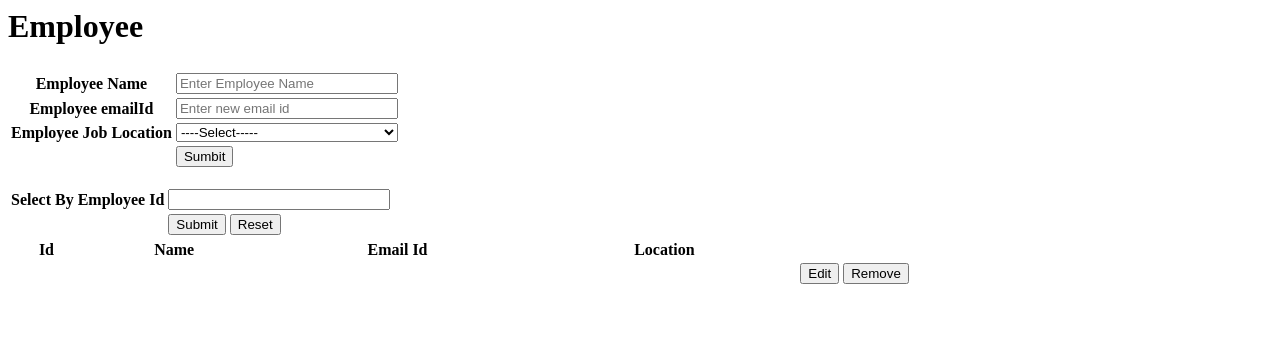
Repository: Dipak27/Dipak-s-front-end
Page: http://localhost/Traning_Management/employeecreate.jsp
These files come from the project's save history. The page is drawn as it stood at one moment and after the next save; the edit follows.
The browser window is 1280 px wide. The pictures show the whole page.
The page is served by Tomcat 9.

Above is the page before, as saved 2016-11-10 09:12:45.

After the next save:
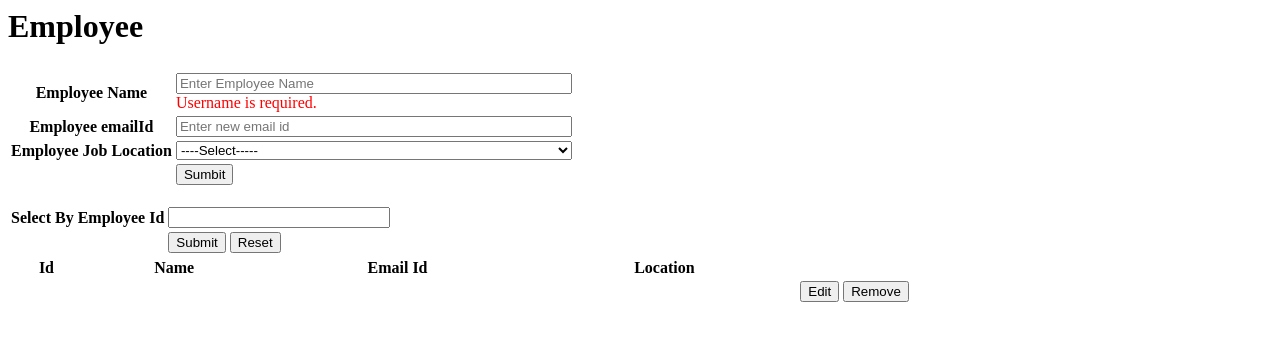
Saved 33 s later.
--- a/Training Management Project/Traning_Management/src/main/webapp/employeecreate.jsp
+++ b/Training Management Project/Traning_Management/src/main/webapp/employeecreate.jsp
@@ -24,6 +24,9 @@
 												</th>
 												<td>
 													<input id="employeename" type="text" required ng-model="emp.employee.emp_name" style="width:120%" placeholder="Enter Employee Name" value=""  />
+												<span style="color:red" ng-show="myForm.user.$dirty && myForm.user.$invalid">
+  <span ng-show="myForm.user.$error.required">Username is required.</span>
+  </span>
 												</td>
 
 											</tr>
